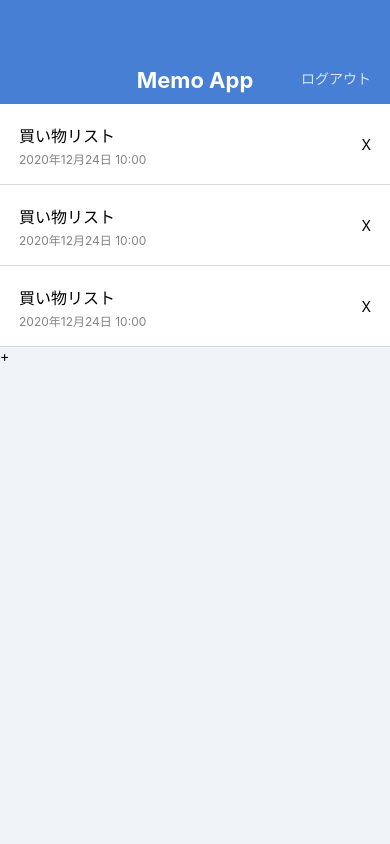
Repository: hirano-step/MemoApp
Screen: /
The author's editor kept a copy of each file at every save. The screen is drawn from the files as they stood at one save, then again after the next save.
The app was drawn by React Native's web renderer in a window 390 px wide. The project was rebuilt for these pictures with package versions that can differ from the ones it lists, and the page was loaded fresh each time.

Above is the screen before, as saved 2023-01-12 11:24:49.

### App.jsx
import { StyleSheet, Text, View } from 'react-native';

export default function App() {
  return (
    <View style={styles.container}>
      <View style={styles.appbar}>
        <View style={styles.appbarInner}>
          <Text style={styles.appbarTitle}>Memo App</Text>
          <Text style={styles.appbarRight}>ログアウト</Text>
        </View>
      </View>

      <View>
        <View style={styles.memoListItem}>
          <View>
            <Text style={styles.memoListItemTitle}>買い物リスト</Text>
            <Text style={styles.memoListItemDate}>2020年12月24日 10:00</Text>
          </View>
          <View>
            <Text>X</Text>
          </View>
        </View>

        <View style={styles.memoListItem}>
          <View>
            <Text style={styles.memoListItemTitle}>買い物リスト</Text>
            <Text style={styles.memoListItemDate}>2020年12月24日 10:00</Text>
          </View>
          <View>
            <Text>X</Text>
          </View>
        </View>

        <View style={styles.memoListItem}>
          <View>
            <Text style={styles.memoListItemTitle}>買い物リスト</Text>
            <Text style={styles.memoListItemDate}>2020年12月24日 10:00</Text>
          </View>
          <View>
            <Text>X</Text>
          </View>
        </View>
      </View>

      <View>
        <Text>+</Text>
      </View>

    </View>
  );
}

const styles = StyleSheet.create({
  container: {
    flex: 1,
    backgroundColor: '#F0F4F8',
  },
  appbar: {
    width: '100%',
    height: 104,
    backgroundColor: '#467FD3',
    justifyContent: 'flex-end',
  },
  appbarInner: {
    alignItems: 'center',
  },
  appbarRight: {
    position: 'absolute',
    right: 19,
    bottom: 16,
    color: 'rgba(255,255,255,0.8)',
  },
  appbarTitle: {
    marginBottom: 8,
    fontSize: 22,
    lineHeight: 32,
    color: '#FFFFFF',
    fontWeight: 'bold',
  },
  memoListItem: {
    backgroundColor: '#FFFFFF',
    flexDirection: 'row',
    justifyContent: 'space-between',
    paddingVertical: 16,
    paddingHorizontal: 19,
    alignItems: 'center',
    borderBottomWidth: 1,
    borderColor: 'rgba(0,0,0,0.15)',
  },
  memoListItemTitle: {
    fontSize: 16,
    lineHeight: 32,
  },
  memoListItemDate: {
    fontSize: 12,
    lineHeight: 16,
    color: '#848484',
  },
});

After the next save:
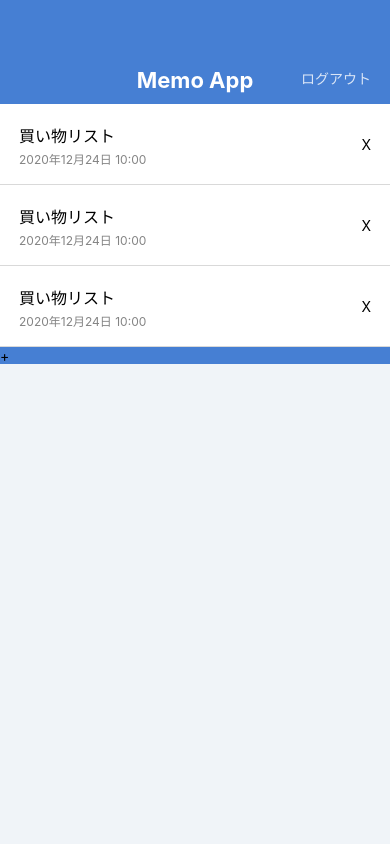
Saved 102 s later.
--- a/App.jsx
+++ b/App.jsx
@@ -42,7 +42,7 @@ export default function App() {
         </View>
       </View>
 
-      <View>
+      <View style={styles.circleButton}>
         <Text>+</Text>
       </View>
 
@@ -96,4 +96,7 @@ const styles = StyleSheet.create({
     lineHeight: 16,
     color: '#848484',
   },
+  circleButton: {
+    backgroundColor: '#467FD3',
+  }
 });
